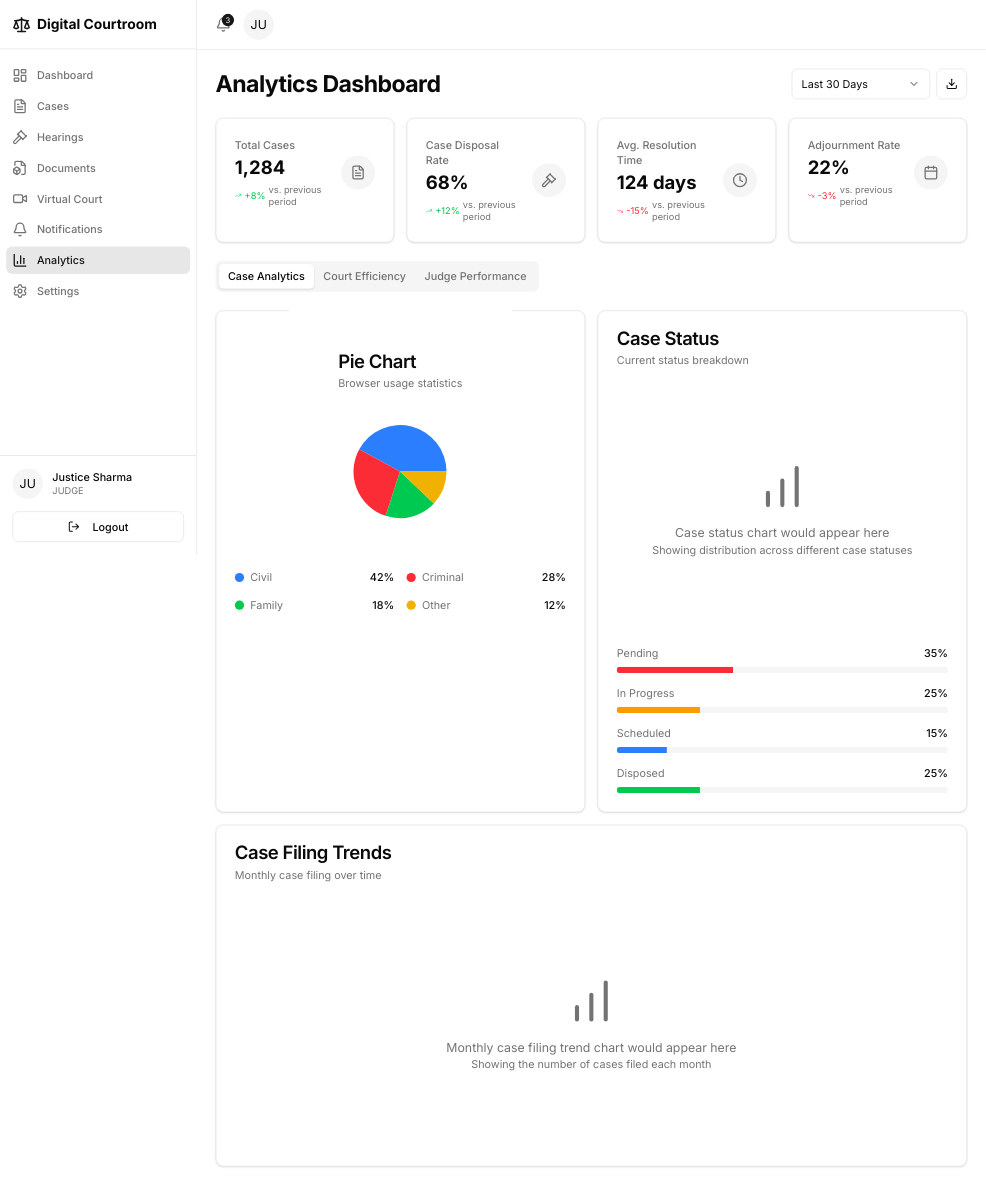
Repository: n0tank3sh/digicourt
Page: /analytics (app in frontend/)
The author's editor kept a copy of each file at every save. The page is drawn from the files as they stood at one save, then again after a run of saves.
The browser window is 1280 px wide. The pictures show the whole page, at 77% of full size.
The project was rebuilt for these pictures with package versions that can differ from the ones it lists, and the page was loaded fresh each time. The framework's server and built-in components were replaced by stand-ins that run in the browser. Also part of the build but not shown: frontend/next.config.ts.

Above is the page before, as saved 2025-03-26 22:29:50.

### frontend/src/components/ui/card.tsx
import * as React from "react"

import { cn } from "@/lib/utils"

const Card = React.forwardRef<
  HTMLDivElement,
  React.HTMLAttributes<HTMLDivElement>
>(({ className, ...props }, ref) => (
  <div
    ref={ref}
    className={cn(
      "rounded-lg border bg-card text-card-foreground shadow-sm",
      className
    )}
    {...props}
  />
))
Card.displayName = "Card"

const CardHeader = React.forwardRef<
  HTMLDivElement,
  React.HTMLAttributes<HTMLDivElement>
>(({ className, ...props }, ref) => (
  <div
    ref={ref}
    className={cn("flex flex-col space-y-1.5 p-6", className)}
    {...props}
  />
))
CardHeader.displayName = "CardHeader"

const CardTitle = React.forwardRef<
  HTMLDivElement,
  React.HTMLAttributes<HTMLDivElement>
>(({ className, ...props }, ref) => (
  <div
    ref={ref}
    className={cn(
      "text-2xl font-semibold leading-none tracking-tight",
      className
    )}
    {...props}
  />
))
CardTitle.displayName = "CardTitle"

const CardDescription = React.forwardRef<
  HTMLDivElement,
  React.HTMLAttributes<HTMLDivElement>
>(({ className, ...props }, ref) => (
  <div
    ref={ref}
    className={cn("text-sm text-muted-foreground", className)}
    {...props}
  />
))
CardDescription.displayName = "CardDescription"

const CardContent = React.forwardRef<
  HTMLDivElement,
  React.HTMLAttributes<HTMLDivElement>
>(({ className, ...props }, ref) => (
  <div ref={ref} className={cn("p-6 pt-0", className)} {...props} />
))
CardContent.displayName = "CardContent"

const CardFooter = React.forwardRef<
  HTMLDivElement,
  React.HTMLAttributes<HTMLDivElement>
>(({ className, ...props }, ref) => (
  <div
    ref={ref}
    className={cn("flex items-center p-6 pt-0", className)}
    {...props}
  />
))
CardFooter.displayName = "CardFooter"

export { Card, CardHeader, CardFooter, CardTitle, CardDescription, CardContent }

### frontend/src/components/ui/tabs.tsx
"use client"

import * as React from "react"
import * as TabsPrimitive from "@radix-ui/react-tabs"

import { cn } from "@/lib/utils"

const Tabs = TabsPrimitive.Root

const TabsList = React.forwardRef<
  React.ElementRef<typeof TabsPrimitive.List>,
  React.ComponentPropsWithoutRef<typeof TabsPrimitive.List>
>(({ className, ...props }, ref) => (
  <TabsPrimitive.List
    ref={ref}
    className={cn(
      "inline-flex h-10 items-center justify-center rounded-md bg-muted p-1 text-muted-foreground",
      className
    )}
    {...props}
  />
))
TabsList.displayName = TabsPrimitive.List.displayName

const TabsTrigger = React.forwardRef<
  React.ElementRef<typeof TabsPrimitive.Trigger>,
  React.ComponentPropsWithoutRef<typeof TabsPrimitive.Trigger>
>(({ className, ...props }, ref) => (
  <TabsPrimitive.Trigger
    ref={ref}
    className={cn(
      "inline-flex items-center justify-center whitespace-nowrap rounded-sm px-3 py-1.5 text-sm font-medium ring-offset-background transition-all focus-visible:outline-none focus-visible:ring-2 focus-visible:ring-ring focus-visible:ring-offset-2 disabled:pointer-events-none disabled:opacity-50 data-[state=active]:bg-background data-[state=active]:text-foreground data-[state=active]:shadow-sm",
      className
    )}
    {...props}
  />
))
TabsTrigger.displayName = TabsPrimitive.Trigger.displayName

const TabsContent = React.forwardRef<
  React.ElementRef<typeof TabsPrimitive.Content>,
  React.ComponentPropsWithoutRef<typeof TabsPrimitive.Content>
>(({ className, ...props }, ref) => (
  <TabsPrimitive.Content
    ref={ref}
    className={cn(
      "mt-2 ring-offset-background focus-visible:outline-none focus-visible:ring-2 focus-visible:ring-ring focus-visible:ring-offset-2",
      className
    )}
    {...props}
  />
))
TabsContent.displayName = TabsPrimitive.Content.displayName

export { Tabs, TabsList, TabsTrigger, TabsContent }

### frontend/src/components/ui/select.tsx
"use client"

import * as React from "react"
import * as SelectPrimitive from "@radix-ui/react-select"
import { Check, ChevronDown, ChevronUp } from "lucide-react"

import { cn } from "@/lib/utils"

const Select = SelectPrimitive.Root

const SelectGroup = SelectPrimitive.Group

const SelectValue = SelectPrimitive.Value

const SelectTrigger = React.forwardRef<
  React.ElementRef<typeof SelectPrimitive.Trigger>,
  React.ComponentPropsWithoutRef<typeof SelectPrimitive.Trigger>
>(({ className, children, ...props }, ref) => (
  <SelectPrimitive.Trigger
    ref={ref}
    className={cn(
      "flex h-10 w-full items-center justify-between rounded-md border border-input bg-background px-3 py-2 text-sm ring-offset-background placeholder:text-muted-foreground focus:outline-none focus:ring-2 focus:ring-ring focus:ring-offset-2 disabled:cursor-not-allowed disabled:opacity-50 [&>span]:line-clamp-1",
      className
    )}
    {...props}
  >
    {children}
    <SelectPrimitive.Icon asChild>
      <ChevronDown className="h-4 w-4 opacity-50" />
    </SelectPrimitive.Icon>
  </SelectPrimitive.Trigger>
))
SelectTrigger.displayName = SelectPrimitive.Trigger.displayName

const SelectScrollUpButton = React.forwardRef<
  React.ElementRef<typeof SelectPrimitive.ScrollUpButton>,
  React.ComponentPropsWithoutRef<typeof SelectPrimitive.ScrollUpButton>
>(({ className, ...props }, ref) => (
  <SelectPrimitive.ScrollUpButton
    ref={ref}
    className={cn(
      "flex cursor-default items-center justify-center py-1",
      className
    )}
    {...props}
  >
    <ChevronUp className="h-4 w-4" />
  </SelectPrimitive.ScrollUpButton>
))
SelectScrollUpButton.displayName = SelectPrimitive.ScrollUpButton.displayName

const SelectScrollDownButton = React.forwardRef<
  React.ElementRef<typeof SelectPrimitive.ScrollDownButton>,
  React.ComponentPropsWithoutRef<typeof SelectPrimitive.ScrollDownButton>
>(({ className, ...props }, ref) => (
  <SelectPrimitive.ScrollDownButton
    ref={ref}
    className={cn(
      "flex cursor-default items-center justify-center py-1",
      className
    )}
    {...props}
  >
    <ChevronDown className="h-4 w-4" />
  </SelectPrimitive.ScrollDownButton>
))
SelectScrollDownButton.displayName =
  SelectPrimitive.ScrollDownButton.displayName

const SelectContent = React.forwardRef<
  React.ElementRef<typeof SelectPrimitive.Content>,
  React.ComponentPropsWithoutRef<typeof SelectPrimitive.Content>
>(({ className, children, position = "popper", ...props }, ref) => (
  <SelectPrimitive.Portal>
    <SelectPrimitive.Content
      ref={ref}
      className={cn(
        "relative z-50 max-h-96 min-w-[8rem] overflow-hidden rounded-md border bg-popover text-popover-foreground shadow-md data-[state=open]:animate-in data-[state=closed]:animate-out data-[state=closed]:fade-out-0 data-[state=open]:fade-in-0 data-[state=closed]:zoom-out-95 data-[state=open]:zoom-in-95 data-[side=bottom]:slide-in-from-top-2 data-[side=left]:slide-in-from-right-2 data-[side=right]:slide-in-from-left-2 data-[side=top]:slide-in-from-bottom-2",
        position === "popper" &&
          "data-[side=bottom]:translate-y-1 data-[side=left]:-translate-x-1 data-[side=right]:translate-x-1 data-[side=top]:-translate-y-1",
        className
      )}
      position={position}
      {...props}
    >
      <SelectScrollUpButton />
      <SelectPrimitive.Viewport
        className={cn(
          "p-1",
          position === "popper" &&
            "h-[var(--radix-select-trigger-height)] w-full min-w-[var(--radix-select-trigger-width)]"
        )}
      >
        {children}
      </SelectPrimitive.Viewport>
      <SelectScrollDownButton />
    </SelectPrimitive.Content>
  </SelectPrimitive.Portal>
))
SelectContent.displayName = SelectPrimitive.Content.displayName

const SelectLabel = React.forwardRef<
  React.ElementRef<typeof SelectPrimitive.Label>,
  React.ComponentPropsWithoutRef<typeof SelectPrimitive.Label>
>(({ className, ...props }, ref) => (
  <SelectPrimitive.Label
    ref={ref}
    className={cn("py-1.5 pl-8 pr-2 text-sm font-semibold", className)}
    {...props}
  />
))
SelectLabel.displayName = SelectPrimitive.Label.displayName

const SelectItem = React.forwardRef<
  React.ElementRef<typeof SelectPrimitive.Item>,
  React.ComponentPropsWithoutRef<typeof SelectPrimitive.Item>
>(({ className, children, ...props }, ref) => (
  <SelectPrimitive.Item
    ref={ref}
    className={cn(
      "relative flex w-full cursor-default select-none items-center rounded-sm py-1.5 pl-8 pr-2 text-sm outline-none focus:bg-accent focus:text-accent-foreground data-[disabled]:pointer-events-none data-[disabled]:opacity-50",
      className
    )}
    {...props}
  >
    <span className="absolute left-2 flex h-3.5 w-3.5 items-center justify-center">
      <SelectPrimitive.ItemIndicator>
        <Check className="h-4 w-4" />
      </SelectPrimitive.ItemIndicator>
    </span>

    <SelectPrimitive.ItemText>{children}</SelectPrimitive.ItemText>
  </SelectPrimitive.Item>
))
SelectItem.displayName = SelectPrimitive.Item.displayName

const SelectSeparator = React.forwardRef<
  React.ElementRef<typeof SelectPrimitive.Separator>,
  React.ComponentPropsWithoutRef<typeof SelectPrimitive.Separator>
>(({ className, ...props }, ref) => (
  <SelectPrimitive.Separator
    ref={ref}
    className={cn("-mx-1 my-1 h-px bg-muted", className)}
    {...props}
  />
))
SelectSeparator.displayName = SelectPrimitive.Separator.displayName

export {
  Select,
  SelectGroup,
  SelectValue,
  SelectTrigger,
  SelectContent,
  SelectLabel,
  SelectItem,
  SelectSeparator,
  SelectScrollUpButton,
  SelectScrollDownButton,
}

### frontend/src/types/index.ts
// User Types
export enum UserRole {
  JUDGE = "JUDGE",
  LAWYER = "LAWYER",
  COURT_STAFF = "COURT_STAFF",
  CITIZEN = "CITIZEN",
  ADMIN = "ADMIN",
}

export interface User {
  id: string
  name: string
  email: string
  role: UserRole
  barId?: string // For lawyers
  courtId?: string // For judges and court staff
  createdAt: Date
  updatedAt: Date
}

// Case Types
export enum CaseStatus {
  FILED = "FILED",
  PENDING = "PENDING",
  IN_PROGRESS = "IN_PROGRESS",
  SCHEDULED = "SCHEDULED",
  ADJOURNED = "ADJOURNED",
  DISPOSED = "DISPOSED",
  CLOSED = "CLOSED",
}

export enum CaseType {
  CIVIL = "CIVIL",
  CRIMINAL = "CRIMINAL",
  FAMILY = "FAMILY",
  CORPORATE = "CORPORATE",
  CONSTITUTIONAL = "CONSTITUTIONAL",
  OTHER = "OTHER",
}

export interface Case {
  id: string
  caseNumber: string
  title: string
  description: string
  type: CaseType
  status: CaseStatus
  filingDate: Date
  plaintiffs: string[] // IDs of involved parties
  defendants: string[] // IDs of involved parties
  judgerId?: string
  courtId: string
  createdAt: Date
  updatedAt: Date
}

// Hearing Types
export enum HearingType {
  PHYSICAL = "PHYSICAL",
  VIRTUAL = "VIRTUAL",
  HYBRID = "HYBRID",
}

export enum HearingStatus {
  SCHEDULED = "SCHEDULED",
  IN_PROGRESS = "IN_PROGRESS",
  COMPLETED = "COMPLETED",
  ADJOURNED = "ADJOURNED",
  CANCELLED = "CANCELLED",
}

export interface Hearing {
  id: string
  caseId: string
  scheduledDate: Date
  actualDate?: Date
  type: HearingType
  status: HearingStatus
  location: string // Court room or virtual link
  notes?: string
  attendees: string[] // IDs of attendees
  createdAt: Date
  updatedAt: Date
}

// Document Types
export enum DocumentType {
  PETITION = "PETITION",
  EVIDENCE = "EVIDENCE",
  AFFIDAVIT = "AFFIDAVIT",
  JUDGMENT = "JUDGMENT",
  ORDER = "ORDER",
  NOTICE = "NOTICE",
  OTHER = "OTHER",
}

export interface Document {
  id: string
  caseId: string
  title: string
  type: DocumentType
  fileUrl: string
  fileSize: number
  mimeType: string
  uploadedBy: string // User ID
  isPublic: boolean
  version: number
  createdAt: Date
  updatedAt: Date
}

// Notification Types
export enum NotificationType {
  CASE_UPDATE = "CASE_UPDATE",
  HEARING_SCHEDULED = "HEARING_SCHEDULED",
  HEARING_RESCHEDULED = "HEARING_RESCHEDULED",
  DOCUMENT_UPLOADED = "DOCUMENT_UPLOADED",
  SUMMONS = "SUMMONS",
  JUDGMENT_DELIVERED = "JUDGMENT_DELIVERED",
  OTHER = "OTHER",
}

export interface Notification {
  id: string
  userId: string
  type: NotificationType
  title: string
  message: string
  relatedId?: string // ID of related entity (case, hearing, etc.)
  isRead: boolean
  createdAt: Date
}

// Court Types
export interface Court {
  id: string
  name: string
  type: string
  address: string
  jurisdiction: string
  contactNumber: string
  email: string
  createdAt: Date
  updatedAt: Date
}

// Analytics Types
export interface CaseAnalytics {
  totalCases: number
  pendingCases: number
  disposedCases: number
  averageDisposalTime: number // in days
  casesByType: Record<CaseType, number>
  casesByStatus: Record<CaseStatus, number>
  monthlyCaseFiling: { month: string; count: number }[]
}

export interface CourtAnalytics {
  totalHearings: number
  completedHearings: number
  adjournedHearings: number
  averageHearingDuration: number // in minutes
  hearingsByType: Record<HearingType, number>
  courtUtilization: number // percentage
}

### frontend/src/components/ui/button.tsx
import * as React from "react"
import { Slot } from "@radix-ui/react-slot"
import { cva, type VariantProps } from "class-variance-authority"

import { cn } from "@/lib/utils"

const buttonVariants = cva(
  "inline-flex items-center justify-center gap-2 whitespace-nowrap rounded-md text-sm font-medium ring-offset-background transition-colors focus-visible:outline-none focus-visible:ring-2 focus-visible:ring-ring focus-visible:ring-offset-2 disabled:pointer-events-none disabled:opacity-50 [&_svg]:pointer-events-none [&_svg]:size-4 [&_svg]:shrink-0",
  {
    variants: {
      variant: {
        default: "bg-primary text-primary-foreground hover:bg-primary/90",
        destructive:
          "bg-destructive text-destructive-foreground hover:bg-destructive/90",
        outline:
          "border border-input bg-background hover:bg-accent hover:text-accent-foreground",
        secondary:
          "bg-secondary text-secondary-foreground hover:bg-secondary/80",
        ghost: "hover:bg-accent hover:text-accent-foreground",
        link: "text-primary underline-offset-4 hover:underline",
      },
      size: {
        default: "h-10 px-4 py-2",
        sm: "h-9 rounded-md px-3",
        lg: "h-11 rounded-md px-8",
        icon: "h-10 w-10",
      },
    },
    defaultVariants: {
      variant: "default",
      size: "default",
    },
  }
)

export interface ButtonProps
  extends React.ButtonHTMLAttributes<HTMLButtonElement>,
    VariantProps<typeof buttonVariants> {
  asChild?: boolean
}

const Button = React.forwardRef<HTMLButtonElement, ButtonProps>(
  ({ className, variant, size, asChild = false, ...props }, ref) => {
    const Comp = asChild ? Slot : "button"
    return (
      <Comp
        className={cn(buttonVariants({ variant, size, className }))}
        ref={ref}
        {...props}
      />
    )
  }
)
Button.displayName = "Button"

export { Button, buttonVariants }

### frontend/src/components/ui/piechart.tsx
"use client"
import { TrendingUp } from "lucide-react"
import { Pie, PieChart } from "recharts"
import {
    Card,
    CardContent,
    CardDescription,
    CardHeader,
    CardTitle,

} from "@/components/ui/card"
import {
    ChartConfig,
    ChartContainer,
    ChartTooltip,
    ChartTooltipContent,
} from "@/components/ui/chart"
const chartData = [
    { browser: "Civil", visitors: 42, fill: "var(--color-blue-500)" },
    { browser: "Criminal", visitors: 28, fill: "var(--color-red-500)" },
    { browser: "Family", visitors: 18, fill: "var(--color-green-500)" },
    { browser: "other", visitors: 12, fill: "var(--color-yellow-500)" },
]
const chartConfig = {
    visitors: {
        label: "Visitors",
    },
    chrome: {
        label: "Chrome",
        color: "hsl(var(--chart-1))",
    },
    safari: {
        label: "Safari",
        color: "hsl(var(--chart-2))",
    },
    firefox: {
        label: "Firefox",
        color: "hsl(var(--chart-3))",
    },
    edge: {
        label: "Edge",
        color: "hsl(var(--chart-4))",
    },
    other: {
        label: "Other",
        color: "hsl(var(--chart-5))",
    },
} satisfies ChartConfig
export function PieChartComponent() {
    return (
        <Card className="flex flex-col shadow-none border-none p-10 ">
            <CardHeader>
               <CardTitle>Pie Chart</CardTitle>
                <CardDescription>Browser usage statistics</CardDescription>

            </CardHeader>
            <CardContent className="flex-1 pb-0 ">
                <ChartContainer
                    config={chartConfig}
                    className="mx-auto   aspect-square max-h-[250px] pb-0 [&_.recharts-pie-label-text]:fill-foreground"
                >
                    <PieChart>
                        <ChartTooltip content={<ChartTooltipContent hideLabel/>} />
                        <Pie data={chartData} dataKey="visitors"  nameKey="browser" />
                    </PieChart>
                </ChartContainer>
            </CardContent>

        </Card>
    )
}

### frontend/src/components/ui/avatar.tsx
"use client"

import * as React from "react"
import * as AvatarPrimitive from "@radix-ui/react-avatar"

import { cn } from "@/lib/utils"

const Avatar = React.forwardRef<
  React.ElementRef<typeof AvatarPrimitive.Root>,
  React.ComponentPropsWithoutRef<typeof AvatarPrimitive.Root>
>(({ className, ...props }, ref) => (
  <AvatarPrimitive.Root
    ref={ref}
    className={cn(
      "relative flex h-10 w-10 shrink-0 overflow-hidden rounded-full",
      className
    )}
    {...props}
  />
))
Avatar.displayName = AvatarPrimitive.Root.displayName

const AvatarImage = React.forwardRef<
  React.ElementRef<typeof AvatarPrimitive.Image>,
  React.ComponentPropsWithoutRef<typeof AvatarPrimitive.Image>
>(({ className, ...props }, ref) => (
  <AvatarPrimitive.Image
    ref={ref}
    className={cn("aspect-square h-full w-full", className)}
    {...props}
  />
))
AvatarImage.displayName = AvatarPrimitive.Image.displayName

const AvatarFallback = React.forwardRef<
  React.ElementRef<typeof AvatarPrimitive.Fallback>,
  React.ComponentPropsWithoutRef<typeof AvatarPrimitive.Fallback>
>(({ className, ...props }, ref) => (
  <AvatarPrimitive.Fallback
    ref={ref}
    className={cn(
      "flex h-full w-full items-center justify-center rounded-full bg-muted",
      className
    )}
    {...props}
  />
))
AvatarFallback.displayName = AvatarPrimitive.Fallback.displayName

export { Avatar, AvatarImage, AvatarFallback }

### frontend/src/components/ui/sheet.tsx
"use client"

import * as React from "react"
import * as SheetPrimitive from "@radix-ui/react-dialog"
import { cva, type VariantProps } from "class-variance-authority"
import { X } from "lucide-react"

import { cn } from "@/lib/utils"

const Sheet = SheetPrimitive.Root

const SheetTrigger = SheetPrimitive.Trigger

const SheetClose = SheetPrimitive.Close

const SheetPortal = SheetPrimitive.Portal

const SheetOverlay = React.forwardRef<
  React.ElementRef<typeof SheetPrimitive.Overlay>,
  React.ComponentPropsWithoutRef<typeof SheetPrimitive.Overlay>
>(({ className, ...props }, ref) => (
  <SheetPrimitive.Overlay
    className={cn(
      "fixed inset-0 z-50 bg-black/80  data-[state=open]:animate-in data-[state=closed]:animate-out data-[state=closed]:fade-out-0 data-[state=open]:fade-in-0",
      className
    )}
    {...props}
    ref={ref}
  />
))
SheetOverlay.displayName = SheetPrimitive.Overlay.displayName

const sheetVariants = cva(
  "fixed z-50 gap-4 bg-background p-6 shadow-lg transition ease-in-out data-[state=open]:animate-in data-[state=closed]:animate-out data-[state=closed]:duration-300 data-[state=open]:duration-500",
  {
    variants: {
      side: {
        top: "inset-x-0 top-0 border-b data-[state=closed]:slide-out-to-top data-[state=open]:slide-in-from-top",
        bottom:
          "inset-x-0 bottom-0 border-t data-[state=closed]:slide-out-to-bottom data-[state=open]:slide-in-from-bottom",
        left: "inset-y-0 left-0 h-full w-3/4 border-r data-[state=closed]:slide-out-to-left data-[state=open]:slide-in-from-left sm:max-w-sm",
        right:
          "inset-y-0 right-0 h-full w-3/4  border-l data-[state=closed]:slide-out-to-right data-[state=open]:slide-in-from-right sm:max-w-sm",
      },
    },
    defaultVariants: {
      side: "right",
    },
  }
)

interface SheetContentProps
  extends React.ComponentPropsWithoutRef<typeof SheetPrimitive.Content>,
    VariantProps<typeof sheetVariants> {}

const SheetContent = React.forwardRef<
  React.ElementRef<typeof SheetPrimitive.Content>,
  SheetContentProps
>(({ side = "right", className, children, ...props }, ref) => (
  <SheetPortal>
    <SheetOverlay />
    <SheetPrimitive.Content
      ref={ref}
      className={cn(sheetVariants({ side }), className)}
      {...props}
    >
      {children}
      <SheetPrimitive.Close className="absolute right-4 top-4 rounded-sm opacity-70 ring-offset-background transition-opacity hover:opacity-100 focus:outline-none focus:ring-2 focus:ring-ring focus:ring-offset-2 disabled:pointer-events-none data-[state=open]:bg-secondary">
        <X className="h-4 w-4" />
        <span className="sr-only">Close</span>
      </SheetPrimitive.Close>
    </SheetPrimitive.Content>
  </SheetPortal>
))
SheetContent.displayName = SheetPrimitive.Content.displayName

const SheetHeader = ({
  className,
  ...props
}: React.HTMLAttributes<HTMLDivElement>) => (
  <div
    className={cn(
      "flex flex-col space-y-2 text-center sm:text-left",
      className
    )}
    {...props}
  />
)
SheetHeader.displayName = "SheetHeader"

const SheetFooter = ({
  className,
  ...props
}: React.HTMLAttributes<HTMLDivElement>) => (
  <div
    className={cn(
      "flex flex-col-reverse sm:flex-row sm:justify-end sm:space-x-2",
      className
    )}
    {...props}
  />
)
SheetFooter.displayName = "SheetFooter"

const SheetTitle = React.forwardRef<
  React.ElementRef<typeof SheetPrimitive.Title>,
  React.ComponentPropsWithoutRef<typeof SheetPrimitive.Title>
>(({ className, ...props }, ref) => (
  <SheetPrimitive.Title
    ref={ref}
    className={cn("text-lg font-semibold text-foreground", className)}
    {...props}
  />
))
SheetTitle.displayName = SheetPrimitive.Title.displayName

const SheetDescription = React.forwardRef<
  React.ElementRef<typeof SheetPrimitive.Description>,
  React.ComponentPropsWithoutRef<typeof SheetPrimitive.Description>
>(({ className, ...props }, ref) => (
  <SheetPrimitive.Description
    ref={ref}
    className={cn("text-sm text-muted-foreground", className)}
    {...props}
  />
))
SheetDescription.displayName = SheetPrimitive.Description.displayName

export {
  Sheet,
  SheetPortal,
  SheetOverlay,
  SheetTrigger,
  SheetClose,
  SheetContent,
  SheetHeader,
  SheetFooter,
  SheetTitle,
  SheetDescription,
}

Loaded but not shown: frontend/src/app/layout.tsx (common file); frontend/src/components/theme-provider.tsx (common file); frontend/src/lib/utils.ts (common file); frontend/src/app/analytics/page.tsx (352 lines, source omitted); frontend/src/components/ui/chart.tsx (365 lines, source omitted); frontend/src/components/layout/main-layout.tsx (187 lines, source omitted); frontend/src/app/globals.css (200 lines, source omitted)

After the next 9 saves:
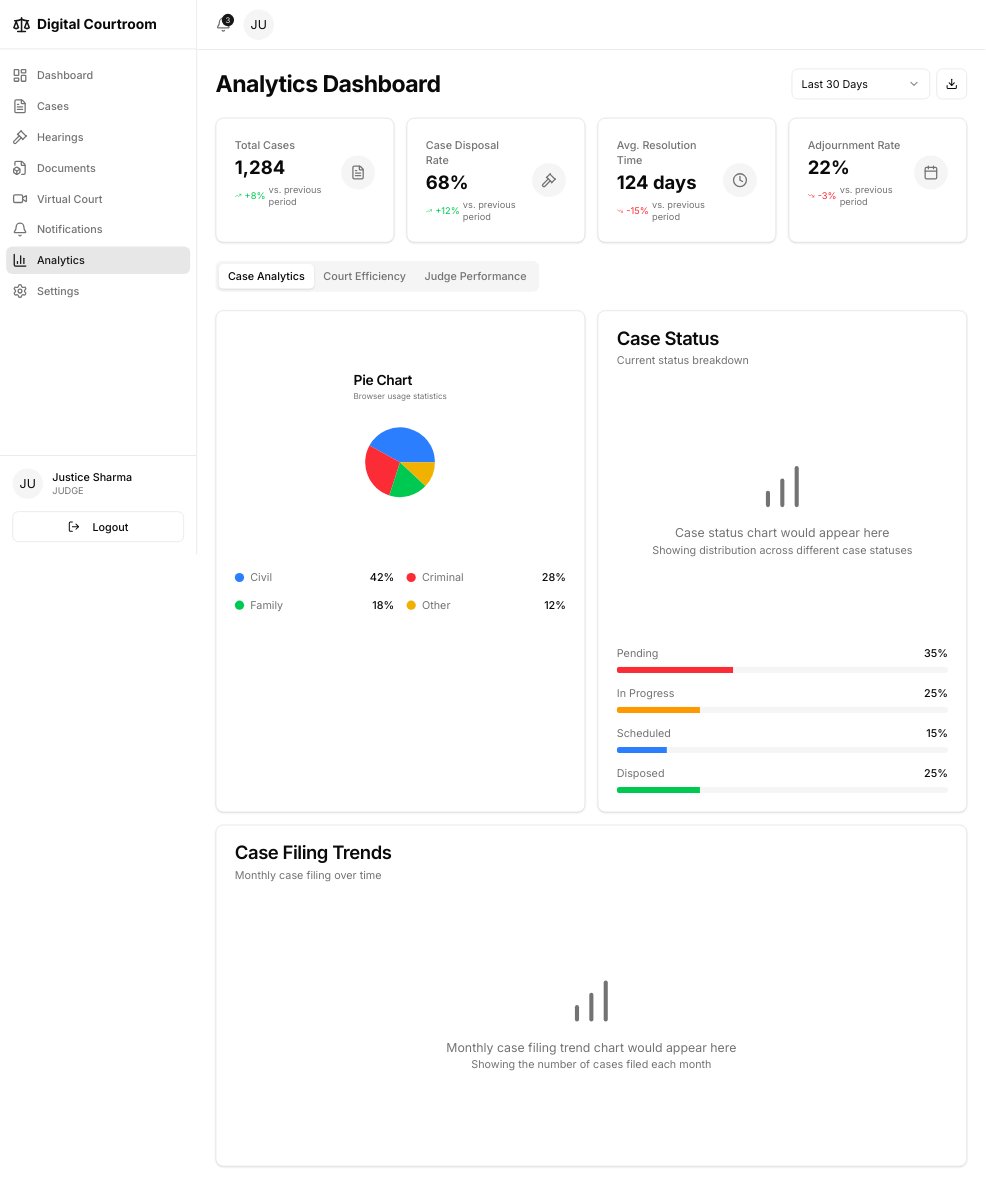
The 9 saves are shown as one change because they came seconds apart.
The last was saved 32 s later.
--- a/frontend/src/components/ui/piechart.tsx
+++ b/frontend/src/components/ui/piechart.tsx
@@ -48,7 +48,7 @@ const chartConfig = {
 } satisfies ChartConfig
 export function PieChartComponent() {
     return (
-        <Card className="flex flex-col shadow-none border-none p-10 ">
+        <Card className="flex flex-col shadow-none scale-75 border-none p-10 ">
             <CardHeader>
                <CardTitle>Pie Chart</CardTitle>
                 <CardDescription>Browser usage statistics</CardDescription>
